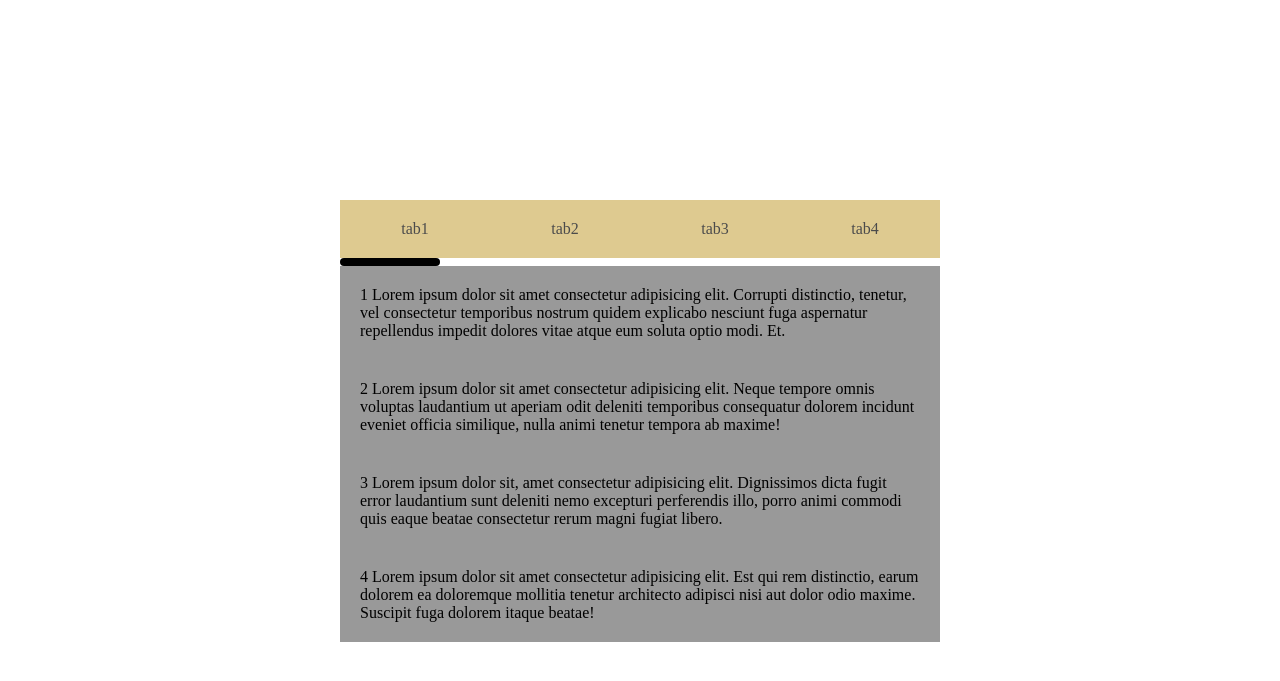
Repository: PCTai/javascript-coban
Page: tab UI/index.html
The author's editor kept a copy of each file at every save. The page is drawn from the files as they stood at one save, then again after the next save.
The browser window is 1280 px wide. The pictures show the whole page.

Above is the page before, as saved 2022-02-09 17:02:57.

### tab UI/index.html
<!DOCTYPE html>
<html lang="en">
<head>
    <meta charset="UTF-8">
    <meta http-equiv="X-UA-Compatible" content="IE=edge">
    <meta name="viewport" content="width=device-width, initial-scale=1.0">
    <title>Document</title>
    <link rel="stylesheet" href="./style.css">
</head>
<body>
    <div class="container">
        <div class="tab">
            <div class="tab-item active">tab1</div>
            <div class="tab-item">tab2</div>
            <div class="tab-item">tab3</div>
            <div class="tab-item">tab4</div>

        </div>
        <div class="tab-line"></div>
        <div class="box">
            <div class="box-item">1 Lorem ipsum dolor sit amet consectetur adipisicing elit. Corrupti distinctio, tenetur, vel consectetur temporibus nostrum quidem explicabo nesciunt fuga aspernatur repellendus impedit dolores vitae atque eum soluta optio modi. Et.</div>
            <div class="box-item">2 Lorem ipsum dolor sit amet consectetur adipisicing elit. Neque tempore omnis voluptas laudantium ut aperiam odit deleniti temporibus consequatur dolorem incidunt eveniet officia similique, nulla animi tenetur tempora ab maxime!</div>
            <div class="box-item">3 Lorem ipsum dolor sit, amet consectetur adipisicing elit. Dignissimos dicta fugit error laudantium sunt deleniti nemo excepturi perferendis illo, porro animi commodi quis eaque beatae consectetur rerum magni fugiat libero.</div>
            <div class="box-item">4 Lorem ipsum dolor sit amet consectetur adipisicing elit. Est qui rem distinctio, earum dolorem ea doloremque mollitia tenetur architecto adipisci nisi aut dolor odio maxime. Suscipit fuga dolorem itaque beatae!</div>
        </div>

    </div>


    <script src="./app.js"></script>
</body>
</html>

### tab UI/style.css
*{
    margin: 0;
    border: 0;
    padding: 0;
}
.container{
    width: 600px;
    margin: auto;
    background-color:#fff;
    margin-top: 200px;

}
.tab{
    display: flex;
}
.tab-item{
    flex: 1;
    text-align: center;
    padding: 20px 0;
    background-color: rgb(209, 180, 98);
    opacity: 70%;
}
.tab-line{
    width: 100px;
    height: 8px;
    left: 0;
    background-color: #000;
    transition: linear 0.3s;
    border-radius: 5px;
}
.tab-item .active{
    opacity: 100%;
}
.box{
    background-color: #999;
}

.box-item{
    padding: 20px 20px;
}

Loaded but not shown: tab UI/app.js (no stored copy; drawn as an empty file)

After the next save:
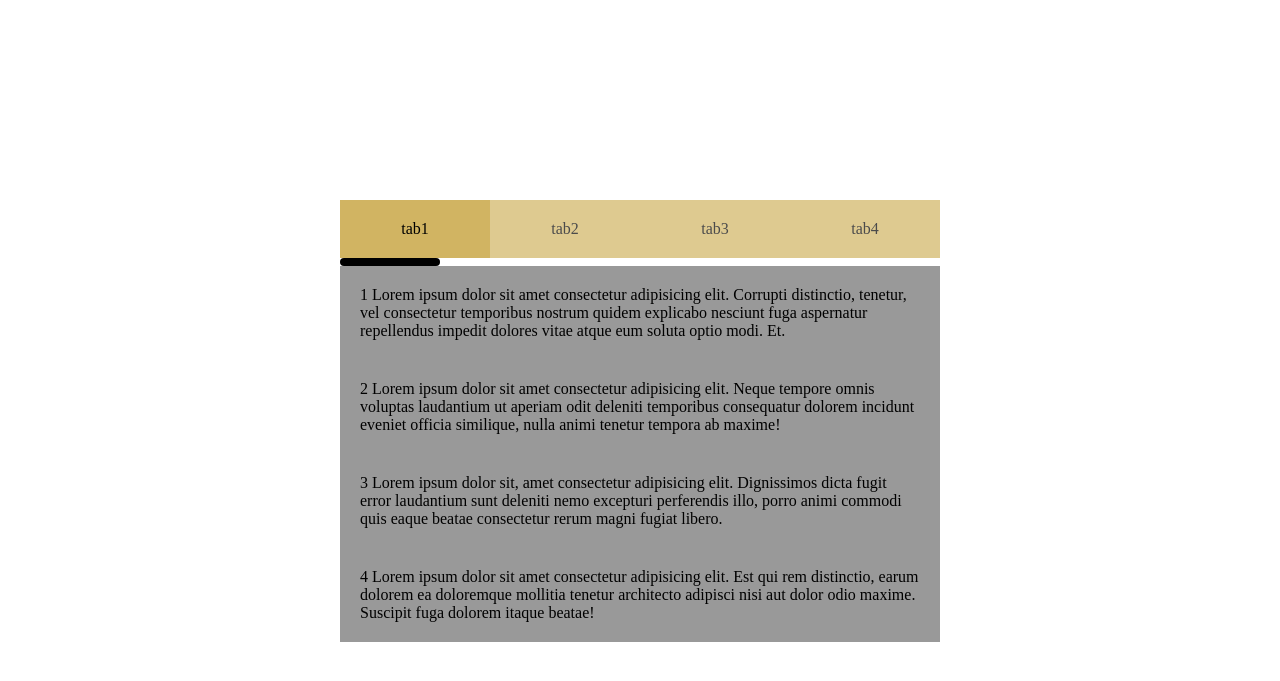
Saved 10 s later.
--- a/tab UI/style.css
+++ b/tab UI/style.css
@@ -28,7 +28,7 @@
     transition: linear 0.3s;
     border-radius: 5px;
 }
-.tab-item .active{
+.tab .active{
     opacity: 100%;
 }
 .box{
